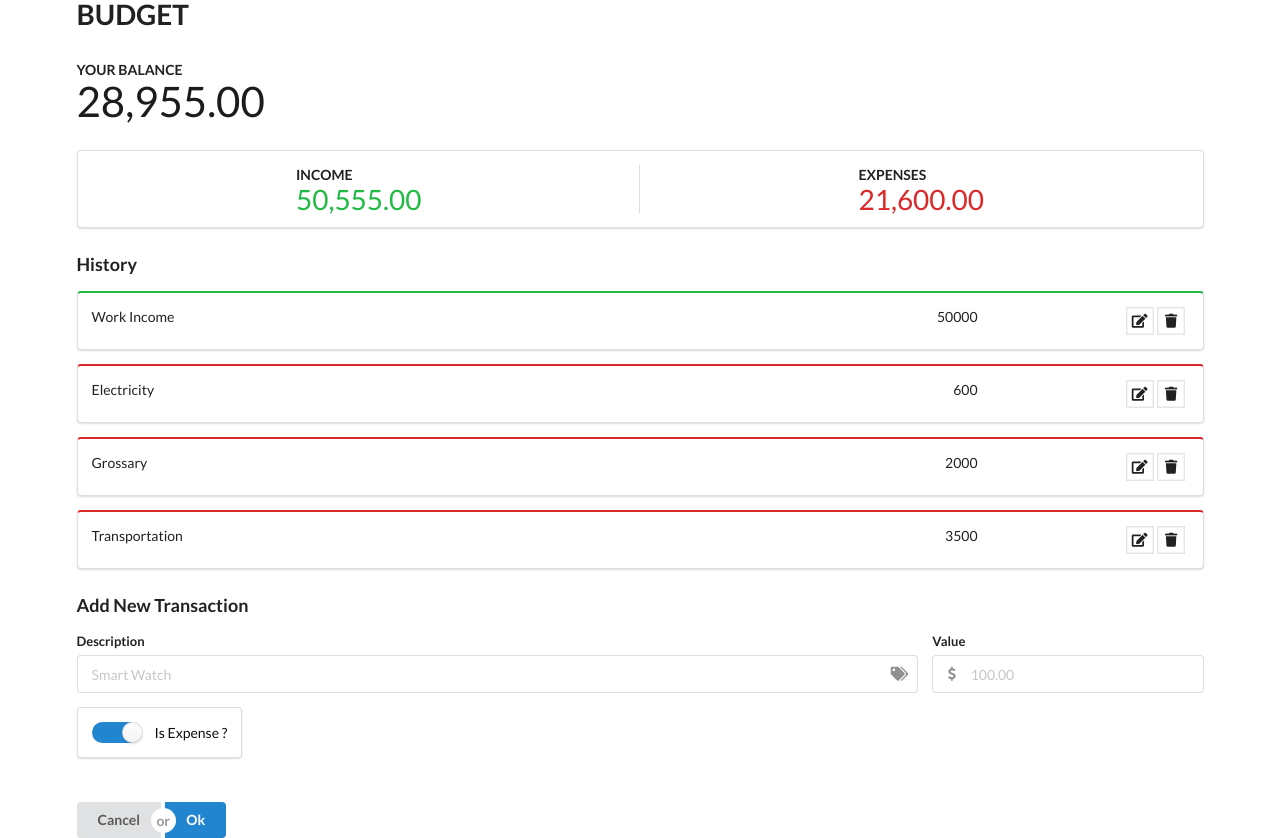
Repository: farrdy/budgets-react
Page: /
An editor plug-in stored every save of this project. The page is shown before and after the next save, followed by the edit.
The browser window is 1280 px wide. The pictures show the whole page.
The project was rebuilt for these pictures with package versions that can differ from the ones it lists, and the page was loaded fresh each time.

Above is the page before, as saved 2022-03-29 15:32:58.

### src/App.js
import { Container, Header } from "semantic-ui-react";
import MainHeader from "./components/MainHeader";
import NewEntryForm from "./components/NewEntryForm";
import DisplayBalance from "./components/DisplayBalance";
import DisplayBalances from "./components/DisplayBalances";
import { useEffect, useState } from "react";
import EntryLines from "./components/EntryLines";
import ModalEdit from "./components/ModalEdit";

function App() {
  const [entries, setEntries] = useState(initialEntries);
  const [Description, setDescription] = useState("");
  const [Value, setValue] = useState("");
  const [isExpense, setIsExpense] = useState(true);
  const [isOpen, setIsOpen] = useState(false);
  const [entryId, setEntryId] = useState();

  useEffect(() => {
    if (!isOpen && entryId) {
      const index = entries.findIndex((entry) => entry.id === entryId);
      const newEntries = [...entries];
      newEntries[index].Description = Description;
      newEntries[index].Value = Value;
      newEntries[index].isExpense = isExpense;
      setEntries(newEntries);
    }
  }, [isOpen]);

  function deleteEntry(id) {
    const result = entries.filter((entry) => entry.id !== id);
    setEntries(result);
  }

  function addEntry(Description, Value, isExpense) {
    const result = entries.concat({
      id: entries.length + 1,
      Description,
      Value,
      isExpense,
    });

    console.log(`result`, result);
    console.log(`entries`, entries);
    setEntries(result);
  }

  function editEntry(id) {
    console.log(`Edit entry with id ${id}`);
    if (id) {
      const index = entries.findIndex((entr) => entr.id === id);
      const entry = entries[index];
      setEntryId(id);
      setDescription(entry.Description);
      setValue(entry.Value);
      setIsExpense(entry.isExpense);

      setIsOpen(true);
      console.log(Description, Value);
    }
  }
  return (
    <Container>
      <MainHeader />
      <DisplayBalance
        title="Your Balance"
        Value="28,955.00"
        Color="black"
        size="small"
      />
      <DisplayBalances />
      <Header as="h3">History</Header>
      <EntryLines
        entries={entries}
        deleteEntry={deleteEntry}
        setIsOpen={setIsOpen}
        editEntry={editEntry}
      />
      <Header as="h3">Add New Transaction</Header>
      <NewEntryForm
        addEntry={addEntry}
        description={Description}
        value={Value}
        setDescription={setDescription}
        setValue={setValue}
        isExpense={isExpense}
        setIsExpense={setIsExpense}
      />
      <ModalEdit
        isOpen={isOpen}
        setIsOpen={setIsOpen}
        Description={Description}
        Value={Value}
        setDescription={Description}
        setValue={Value}
        isExpense={isExpense}
        setIsExpense={setIsExpense}
      />
    </Container>
  );
}

export default App;

var initialEntries = [
  {
    id: 1,
    Description: "Work Income",
    Value: "50000",
    isExpense: false,
  },
  {
    id: 2,
    Description: "Electricity",
    Value: "600",
    isExpense: true,
  },
  {
    id: 3,
    Description: "Grossary",
    Value: "2000",
    isExpense: true,
  },
  {
    id: 4,
    Description: "Transportation",
    Value: "3500",
    isExpense: true,
  },
];

### src/components/MainHeader.js
import React from 'react';
import { Header } from 'semantic-ui-react';

function MainHeader(props) {
    return <Header as='h1'>BUDGET</Header>
}

export default MainHeader;

### src/components/NewEntryForm.js
import React from 'react';
import { Checkbox, Form, Segment } from 'semantic-ui-react';
import ButtonSaveOrCancel from './ButtonSaveOrCancel';
import EntryForm from './EntryForm';

function NewEntryForm({addEntry,description,value,setDescription,setValue,isExpense,setIsExpense}) {

    return (

        <Form unstackable >
           <EntryForm
           description={description}
            value={value}
            setDescription={setDescription}
            setValue={setValue}
            isExpense={isExpense}
            setIsExpense={setIsExpense}
        />
            <Segment compact>
                <Checkbox
                 toggle label='Is Expense ?'
                 checked={isExpense}
                 onChange={()=>setIsExpense(oldState=>!oldState)}
                 />
            </Segment>
            <ButtonSaveOrCancel addEntry={addEntry}  Description={description} Value={value} isExpense={isExpense}/>

        </Form>

    );
}

export default NewEntryForm;

### src/components/DisplayBalance.js
import React from 'react';
import { Statistic } from 'semantic-ui-react'

function DisplayBalance({ title, Value, Color = "black", size = 'tiny' }) {
    return (
        <Statistic size={size} color={Color}>
            <Statistic.Label style={{ textAlign: 'left' }}>
                {title}
            </Statistic.Label>
            <Statistic.Value>
                {Value}
            </Statistic.Value>

        </Statistic>
    );
}

export default DisplayBalance;

### src/components/DisplayBalances.js
import React from 'react';
import { Grid, Segment } from 'semantic-ui-react';
import DisplayBalance from './DisplayBalance';

const DisplayBalances = () => {
    return (
        <Segment textAlign='center'>
        <Grid columns={2} divided>
          <Grid.Row>
            <Grid.Column>
              <DisplayBalance title="Income" Value="50,555.00" Color="green" />
            </Grid.Column>
            <Grid.Column>
              <DisplayBalance title="Expenses" Value="21,600.00" Color="red" /></Grid.Column>
          </Grid.Row>
        </Grid>
      </Segment>
    );
};

export default DisplayBalances;

### src/components/EntryLines.js
import React from "react";
import { Container } from "semantic-ui-react";
import EntryLine from "./EntryLine";

const EntryLines = ({ entries, deleteEntry, setIsOpen, editEntry }) => {
  return (
    <Container>
      {entries.map((entry) => (
        <EntryLine
          key={entry.id}
          {...entry}
          deleteEntry={deleteEntry}
          setIsOpen={setIsOpen}
          editEntry={editEntry}
        />
      ))}
    </Container>
  );
};

export default EntryLines;

### src/components/ModalEdit.js
import React from "react";
import { Button, Modal } from "semantic-ui-react";
import EntryForm from "./EntryForm";

function ModalEdit({
  isOpen,
  setIsOpen,
  editEntry,
  Description,
  Value,
  setDescription,
  setValue,
  isExpense,
  setIsExpense,
}) {
  return (
    <Modal open={isOpen}>
      <Modal.Header>Edit Entry</Modal.Header>
      <Modal.Content>
        <EntryForm
          description={Description}
          value={Value}
          setDescription={setDescription}
          setValue={setValue}
          isExpense={isExpense}
          setIsExpense={setIsExpense}
          // editEntry={editEntry}
        />
      </Modal.Content>
      <Modal.Actions>
        <Button onClick={() => setIsOpen(false)}>Close</Button>
        <Button onClick={() => setIsOpen(false)} positive>
          Ok
        </Button>
      </Modal.Actions>
    </Modal>
  );
}

export default ModalEdit;

### src/components/ButtonSaveOrCancel.js
import React from 'react';
import { Button } from 'semantic-ui-react';

function ButtonSaveOrCancel({addEntry, Description, Value, isExpense}) {
    return (
        <Button.Group style={{ marginTop: 30 }}>
            <Button>Cancel</Button>
            <Button.Or></Button.Or>
            <Button primary onClick={()=>addEntry(Description, Value, isExpense)}>Ok</Button>
        </Button.Group>
    );
}

export default ButtonSaveOrCancel;

### src/components/EntryForm.js
import React, { Fragment } from "react";
import { Form } from "semantic-ui-react";

export default function EntryForm({
  description,
  setDescription,
  setValue,
  value,
}) {
  return (
    <Fragment>
      <Form.Group>
        <Form.Input
          icon="tags"
          width={12}
          label="Description"
          placeholder="Smart Watch"
          value={description}
          onChange={(event) => setDescription(event.target.value)}
        />
        <Form.Input
          icon="dollar"
          width={4}
          label="Value"
          iconPosition="left"
          placeholder="100.00"
          value={value}
          onChange={(event) => setValue(event.target.value)}
        />
      </Form.Group>
    </Fragment>
  );
}

### src/components/EntryLine.js
import React, { Fragment } from 'react';
import {  Grid, Icon, Segment } from 'semantic-ui-react';


const EntryLine = ({id, Description, Value, isExpense=false, deleteEntry, setIsOpen, editEntry}) => {

    return (
      <Fragment>
      <Segment color={isExpense? 'red':'green'}>
        <Grid columns={3} textAlign='right'>
          <Grid.Row>
            <Grid.Column width={10} textAlign='left'>{Description}</Grid.Column>
            <Grid.Column width={3} textAlign='right'>{Value}</Grid.Column>
            <Grid.Column width={3}>
              <Icon name='edit' bordered  onClick={()=>editEntry(id)}/>
              <Icon name='trash' bordered onClick={()=>deleteEntry(id)} />
            </Grid.Column>
          </Grid.Row>
        </Grid>
      </Segment>

      </Fragment>

    );
};

export default EntryLine;

Loaded but not shown: public/index.html (common file); src/index.js (common file); src/index.css (common file); src/reportWebVitals.js (common file)

After the next save:
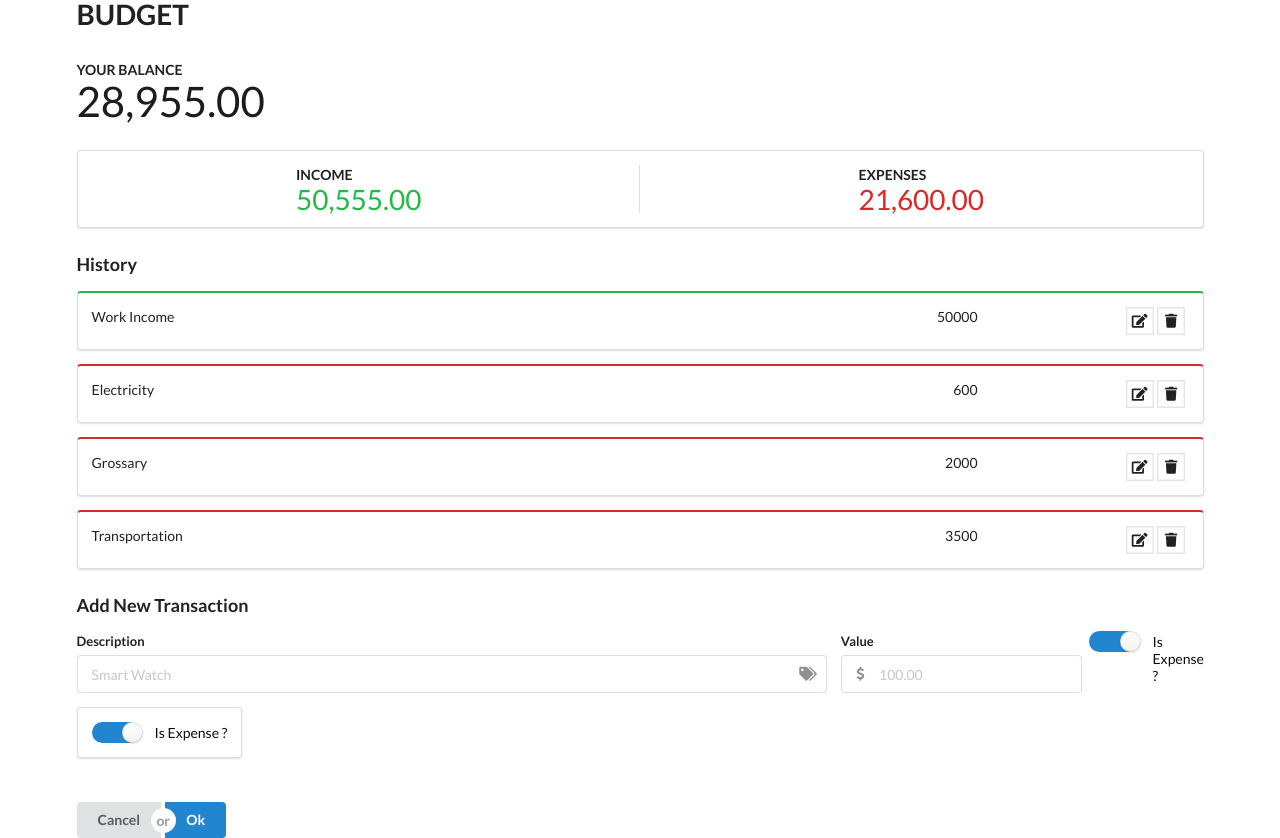
Saved 10 min 28 s later.
--- a/src/components/EntryForm.js
+++ b/src/components/EntryForm.js
@@ -1,10 +1,12 @@
 import React, { Fragment } from "react";
-import { Form } from "semantic-ui-react";
+import { Checkbox, Form } from "semantic-ui-react";
 
 export default function EntryForm({
   description,
   setDescription,
   setValue,
+  isExpense,
+  setIsExpense,
   value,
 }) {
   return (
@@ -27,6 +29,13 @@ export default function EntryForm({
           value={value}
           onChange={(event) => setValue(event.target.value)}
         />
+
+        <Checkbox
+          toggle
+          label="Is Expense ?"
+          checked={isExpense}
+          onChange={() => setIsExpense((oldState) => !oldState)}
+        />
       </Form.Group>
     </Fragment>
   );
